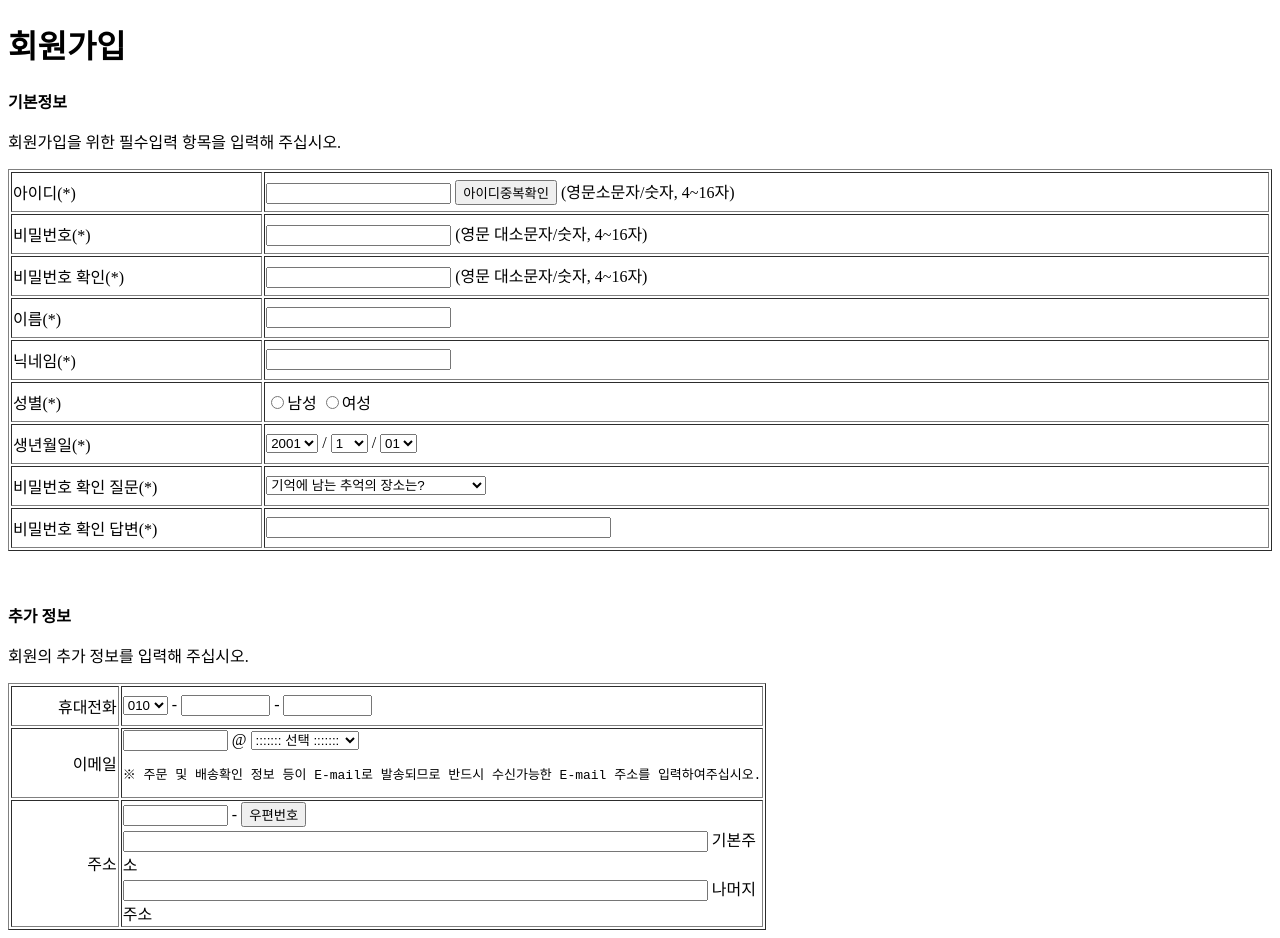
Repository: Leewonhoo/kostaweb
Page: http://localhost/FirstProject/register.jsp
These files come from the project's save history. The page is drawn as it stood at one moment and after the next save; the edit follows.
The browser window is 1280 px wide. The pictures show the whole page.
The page is served by Tomcat 9. Other server files are loaded and not shown.

Above is the page before, as saved 2017-09-14 02:25:45.

### FirstProject/WebContent/register.jsp
<%@ page language="java" contentType="text/html; charset=EUC-KR"
    pageEncoding="EUC-KR"%>
<!DOCTYPE html PUBLIC "-//W3C//DTD HTML 4.01 Transitional//EN" "http://www.w3.org/TR/html4/loose.dtd">
<html>
<head>
<meta http-equiv="Content-Type" content="text/html; charset=EUC-KR">
<title>Insert title here</title>
</head>
<body>
	<h1>회원가입</h1>
	<p><b>기본정보</b></p>
	<p>회원가입을 위한 필수입력 항목을 입력해 주십시오.</p>
	<table border="1" width="100%">
		<tr height="40px">
			<td width="20%">아이디(*)</td>
			<td width="800px"><input type="text" size="20">
				<input type="button" value="아이디중복확인"> (영문소문자/숫자, 4~16자)</td>
		</tr>
		<tr height="40px">
			<td>비밀번호(*)</td>
			<td width="800px">
				<input type="password" size="20"> (영문 대소문자/숫자, 4~16자)</td>
		</tr>
		<tr height="40px">
			<td>비밀번호 확인(*)</td>
			<td width="800px">
				<input type="password" size="20"> (영문 대소문자/숫자, 4~16자)</td>
		</tr>
		<tr height="40px">
			<td>이름(*)</td>
			<td width="800px"><input type="text" size="20"></td>
		</tr>
		<tr height="40px">
			<td>닉네임(*)</td>
			<td width="800px"><input type="text" size="20"></td>
		</tr>
		<tr height="40px">
			<td>성별(*)</td>
			<td width="800px">
				<input type="radio" name="gender" value="남성">남성
				<input type="radio" name="gender" value="여성">여성</td>
		</tr>
		<tr height="40px">
			<td>생년월일(*)</td>
			<td width="800px">
				<select name="year">
					<option>2001</option>
					<option>2000</option>
					<option>1999</option>
					<option>1998</option>
					<option>1997</option>
					<option>1996</option>
					<option>1995</option>
					<option>1994</option>
					<option>1993</option>
					<option>1992</option>
					<option>1991</option>
					<option>1990</option>
					<option>1989</option>
					<option>1988</option>
					<option>1987</option>
					<option>1986</option>
					<option>1985</option>
					<option>1984</option>
					<option>1983</option>
					<option>1982</option>
					<option>1981</option>
					<option>1980</option>
					<option>1979</option>
					<option>1978</option>
					<option>1977</option>
					<option>1976</option>
					<option>1975</option>
					<option>1974</option>
					<option>1973</option>
					<option>1972</option>
					<option>1971</option>
					<option>1970</option>
				</select>
			 / <select name="month">
					<option>1</option>
					<option>2</option>
					<option>3</option>
					<option>4</option>
					<option>5</option>
					<option>6</option>
					<option>7</option>
					<option>8</option>
					<option>9</option>
					<option>10</option>
					<option>11</option>
					<option>12</option>
				</select>
			 / <select name="day">
					<option>01</option>
					<option>02</option>
					<option>03</option>
					<option>04</option>
					<option>05</option>
					<option>06</option>
					<option>07</option>
					<option>08</option>
					<option>09</option>
					<option>10</option>
					<option>11</option>
					<option>12</option>
					<option>13</option>
					<option>14</option>
					<option>15</option>
					<option>16</option>
					<option>17</option>
					<option>18</option>
					<option>19</option>
					<option>20</option>
					<option>21</option>
					<option>22</option>
					<option>23</option>
					<option>24</option>
					<option>25</option>
					<option>26</option>
					<option>27</option>
					<option>28</option>
					<option>29</option>
					<option>30</option>
					<option>31</option>
				</select>
			</td>
		</tr>
		<tr height="40px">
			<td>비밀번호 확인 질문(*)</td>
			<td width="800px">
				<select name="confirmQuestion">
					<option value="1">기억에 남는 추억의 장소는?</option>
					<option value="2">존경하는 인물은?</option>
					<option value="3">좋아하는 물건은?</option>
					<option value="4">좋아하는 글귀는?</option>
					<option value="5">하고싶지 않은일 할 때 하는 표정은?</option>
				</select>
			</td>
		</tr>
		<tr height="40px">
			<td>비밀번호 확인 답변(*)</td>
			<td width="800px"><input type="text" size="40"></td>
		</tr>
	</table>

	<br><br>
	<p><b>추가 정보</b></p>
	<p>회원의 추가 정보를 입력해 주십시오.</p>
	<table border="1" width="60%">
		<tr height="40px">
			<td width="15%" align="right">휴대전화</td>
			<td width="800px">
				<select name="number">
					<option>010</option>
					<option>011</option>
					<option>070</option>
			</select>
			 - <input type="text" size="8">
			 - <input type="text" size="8">
			</td>
		</tr>
		<tr height="70px">
			<td align="right">이메일</td>
			<td width="800px"><input type="text" size="10">
			 @ <select name="domain">
					<option>::::::: 선택 :::::::</option>
					<option>chol.com</option>
					<option>daum.net</option>
					<option>dreamwiz.com</option>
					<option>empal.com</option>
					<option>gmail.com</option>
					<option>hanmail.net</option>
					<option>hanmir.com</option>
					<option>hanafos.com</option>
					<option>hotmail.com</option>
					<option>lycos.co.kr</option>
					<option>nate.com</option>
					<option>naver.com</option>
					<option>paran.com</option>
					<option>yahoo.co.kr</option>
					<option>직접입력</option>
			</select>
			<pre>※ 주문 및 배송확인 정보 등이 E-mail로 발송되므로 반드시 수신가능한 E-mail 주소를 입력하여주십시오.</pre>
			</td>
		</tr>
		<tr height="90px">
			<td align="right">주소</td>
			<td width="800px"><input type="text" size="10">
			 - <input type="button" value="우편번호"><br>
			 <input type="text"	size="70"> 기본주소<br>
			 <input type="text" size="70"> 나머지주소</td>
		</tr>
	</table>
</body>
</html>

After the next save:
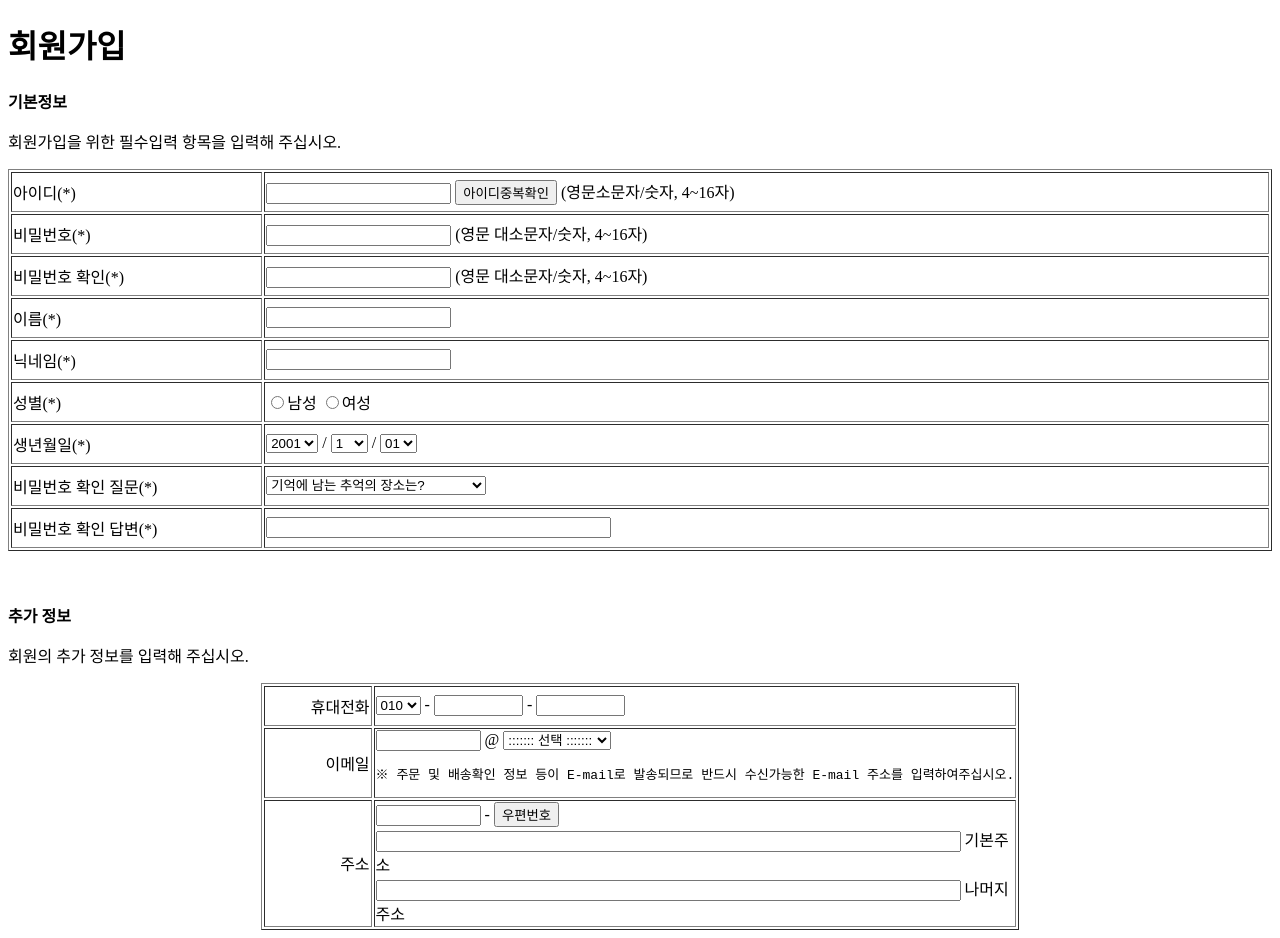
Saved 13 s later.
--- a/FirstProject/WebContent/register.jsp
+++ b/FirstProject/WebContent/register.jsp
@@ -147,7 +147,7 @@
 	<br><br>
 	<p><b>추가 정보</b></p>
 	<p>회원의 추가 정보를 입력해 주십시오.</p>
-	<table border="1" width="60%">
+	<table border="1" width="60%" align="center">
 		<tr height="40px">
 			<td width="15%" align="right">휴대전화</td>
 			<td width="800px">

After the save that followed:
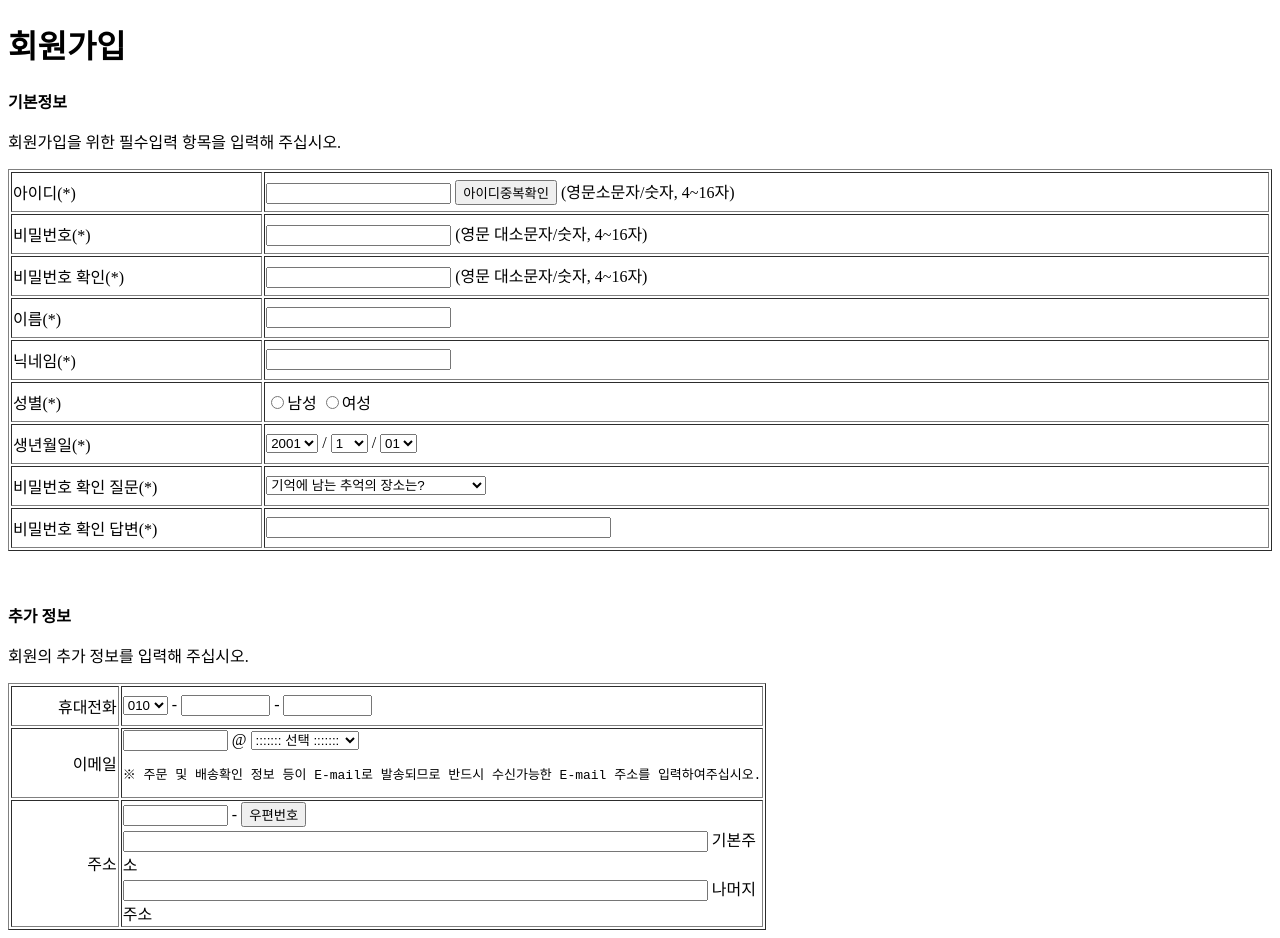
Saved 12 s later.
--- a/FirstProject/WebContent/register.jsp
+++ b/FirstProject/WebContent/register.jsp
@@ -147,7 +147,7 @@
 	<br><br>
 	<p><b>추가 정보</b></p>
 	<p>회원의 추가 정보를 입력해 주십시오.</p>
-	<table border="1" width="60%" align="center">
+	<table border="1" width="60%">
 		<tr height="40px">
 			<td width="15%" align="right">휴대전화</td>
 			<td width="800px">
